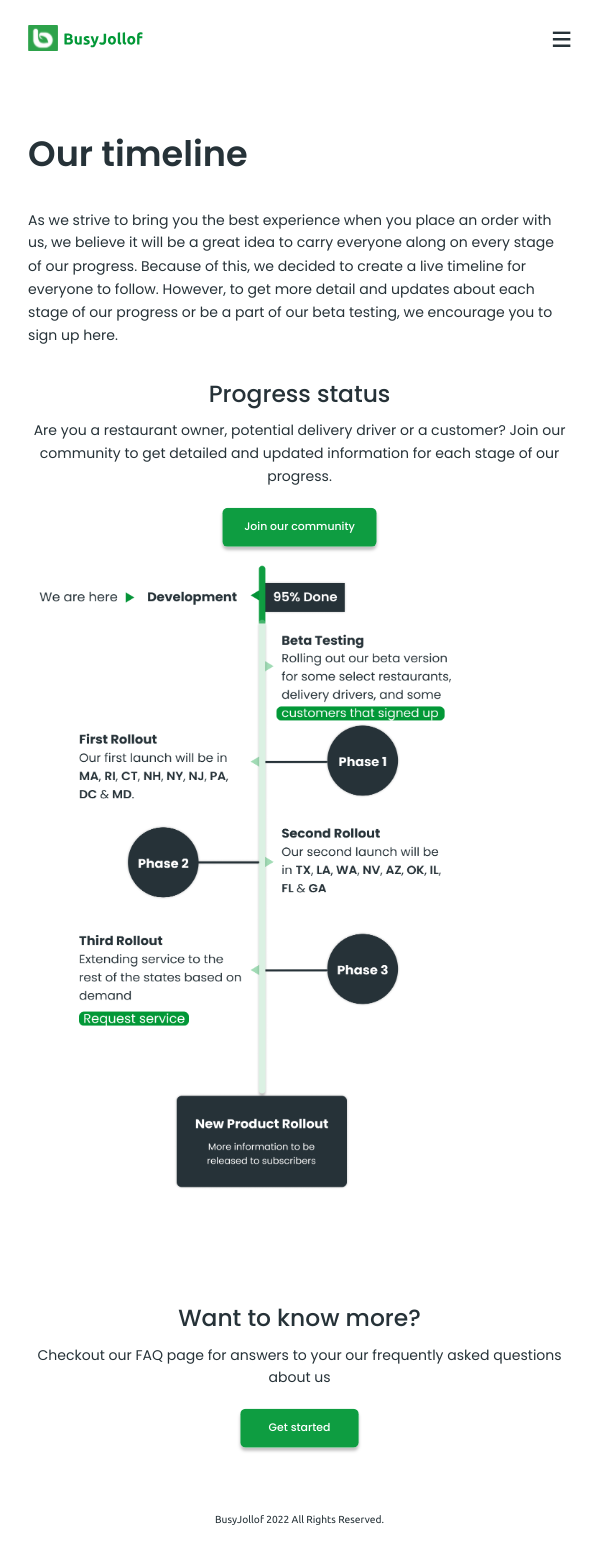
Repository: Busy-Jollof/bjuser-landing-page
Page: timeline.html
The author's editor kept a copy of each file at every save. The page is drawn from the files as they stood at one save, then again after the next save.
The browser window is 768 px wide. The pictures show the whole page, at 78% of full size.

Above is the page before, as saved 2023-02-05 18:18:43.

### timeline.html
<!DOCTYPE html>
<html lang="en">
  <head>
    <!-- Required meta tags -->
    <meta charset="utf-8" />
    <meta name="viewport" content="width=device-width, initial-scale=1" />

    <!-- Bootstrap CSS -->
    <link href="assets/css/bootstrap.min.css" rel="stylesheet" />
    <link href="assets/css/all.min.css" rel="stylesheet" />
    <link href="assets/css/fontawesome.css" rel="stylesheet" />
    <link href="assets/css/style.css" rel="stylesheet" />
    <link href="assets/css/responsive.css" rel="stylesheet" />

    <title>BusyJollof - Timeline</title>
  </head>

  <body>
    <!--------- Offcanvas area start --------->
    <div class="offcanvas-area">
      <div class="menu-close">
        <i class="far fa-times"></i>
      </div>
      <div class="offcanvas-menu">
        <div class="main-menu">
          <ul class="d-block">
            <li><a href="index.html">Home</a></li>
            <li><a href="about.html">About us</a></li>
            <li><a href="timeline.html" class="active">Our timeline</a></li>
            <li><a href="launch.html">Launch with us</a></li>
            <li><a href="contact.html">Contact us</a></li>
          </ul>
        </div>
      </div>
    </div>

    <div class="offcanvas-overlay"></div>
    <!--------- Offcanvas area end --------->

    <!--------- Header area start --------->
    <header class="header">
      <div class="container d-flex justify-content-between align-items-center">
        <div class="header__logo">
          <a href="index.html"><img src="assets/img/logo.svg" alt="" /></a>
        </div>
        <nav class="header__nav d-none d-lg-block">
          <ul class="m-0 p-0 d-flex align-items-center justify-content-end">
            <li><a href="index.html">Home</a></li>
            <li><a href="about.html">About us</a></li>
            <li><a href="timeline.html" class="active">Our timeline</a></li>
            <li><a href="launch.html">Launch with us</a></li>
            <li><a href="contact.html">Contact us</a></li>
          </ul>
        </nav>
        <!-- mobile-bar -->
        <div class="mobo-bar d-lg-none">
          <span class="bar">
            <img src="assets/img/bar.svg" alt="" />
          </span>
        </div>
        <!-- mobile-bar-end -->
      </div>
    </header>
    <!--------- Header area end --------->

    <!--------- Main area start --------->
    <main class="main">
      <!--------- Timeline area start --------->
      <section class="timeline--area content__area">
        <div class="container">
          <div class="content">
            <h3>Our timeline</h3>
            <p>
              As we strive to bring you the best experience when you place an
              order with us, we believe it will be a great idea to carry
              everyone along on every stage of our progress. Because of this, we
              decided to create a live timeline for everyone to follow. However,
              to get more detail and updates about each stage of our progress or
              be a part of our beta testing, we encourage you to sign up here.
            </p>
            <div class="content text-center pt-4">
              <h4>Progress status</h4>
              <div class="row justify-content-center">
                <div class="col-lg-9">
                  <p>
                    Are you a restaurant owner, potential delivery driver or a
                    customer? Join our community to get detailed and updated
                    information for each stage of our progress.
                  </p>
                </div>
              </div>
              <div class="content-btn">
                <a href="" class="common-btn">Join our community</a>
              </div>
            </div>

            <div class="timline-wrapper py-lg-5 py-4">
              <div
                class="
                  timeline-wrapp
                  d-flex
                  align-items-center
                  justify-content-center
                "
              >
                <img
                  src="assets/img/timeline-desktop2.png"
                  class="img-fluid d-none d-md-block"
                  alt=""
                />
                <img
                  src="assets/img/timeline-mobo.png"
                  class="img-fluid d-md-none"
                  alt=""
                />
              </div>
              <!-- timeline-item -->
              <!-- <div class="timeline-item">
                            <div class="timeline-content">
                                <p>First Rollout</p>
                                <p>Our first launch will be in <strong>MA, RI, CT, NH, NY, NJ, PA, DC & MD</strong>. <span class="mark">marktext</span> </p>
                            </div>
                            <div class="timeline-ind">
                                <span class="ind-line"></span>
                                <div class="ind-circle">
                                    Phase 1
                                </div>
                            </div>
                        </div> -->
              <!-- timeline-item-end -->
            </div>
          </div>
        </div>
      </section>
      <!--------- Timeline area end --------->

      <!--------- CTA area start --------->
      <section class="cta__area">
        <div class="container">
          <div class="content text-center">
            <h4>Want to know more?</h4>
            <p>
              Checkout our FAQ page for answers to your our frequently asked
              questions about us
            </p>
            <div class="content-btn">
              <a href="" class="common-btn"
                ><span class="px-2">Get started</span></a
              >
            </div>
          </div>
        </div>
      </section>
      <!--------- CTA area end --------->
    </main>
    <!--------- Main area end --------->

    <!--------- Footer area start --------->
    <footer class="footer">
      <div class="container">
        <div class="copyright">BusyJollof 2022 All Rights Reserved.</div>
      </div>
    </footer>
    <!--------- Footer area end --------->

    <script src="assets/js/jquery.min.js"></script>
    <script src="assets/js/bootstrap.min.js"></script>
    <script src="assets/js/popper.js"></script>
    <script src="assets/js/main.js"></script>
    <script></script>
  </body>
</html>

### assets/css/style.css
/* Base CSS */
@import url('https://fonts.googleapis.com/css2?family=Poppins:wght@300;400;500;600;700&family=Ubuntu:wght@300;400;500;700&display=swap');

.alignleft {
    float: left;
    margin-right: 15px;
}

.alignright {
    float: right;
    margin-left: 15px;
}

.aligncenter {
    display: block;
    margin: 0 auto 15px;
}

a:focus {
    outline: 0 solid
}

img {
    max-width: 100%;
    height: auto;
}

h1, h2, h3, h4, h5, h6 {
    margin: 0 0 15px;
    color: #263238;
    font-family: 'Ubuntu', sans-serif;
}

body {
    color: #263238;
    font-weight: 400;
    font-size: 18px;
    font-family: 'Poppins', sans-serif;
}

.selector-for-some-widget {
    box-sizing: content-box;
}

a:hover {
    text-decoration: none
}


/*---------------------- Header area start ----------------------*/

.menu-close {
    font-size: 22px;
    color: #3d424e;
    position: absolute;
    top: 18px;
    left: 19px;
    cursor: pointer;
    transition: .4s;
    display: none;
}

.menu-close:hover {
    color: #2AB66A;
}

.offcanvas-area {
    position: fixed;
    right: -100%;
    height: auto;
    width: 255px;
    background: #EBEBEB;
    z-index: 6;
    padding-top: 35px;
    -webkit-transition: .4s;
    transition: .4s;
    visibility: hidden;
    padding: 35px 35px 88px;
    border-radius: 4px;
}

.offcanvas-area.active {
    right: 0px;
    visibility: visible;
}

.offcanvas-area .main-menu ul li a {
    font-weight: 500;
    font-size: 15px;
    line-height: 22px;
    color: #263238;
    text-decoration: none;
    padding: 11px 0px;
    display: block;
}

.offcanvas-area .main-menu ul li a:hover, .offcanvas-area .main-menu ul li a[aria-expanded="true"] {
    color: #2AB66A;
}

.offcanvas-menu .main-menu ul {
    display: block;
    padding-left: 0;
    margin: 0;
    padding: 0;
    list-style: none;
}

.offcanvas-overlay {
    position: fixed;
    width: 100%;
    height: 100%;
    background-color: #000;
    opacity: 0;
    visibility: hidden;
    -webkit-transition: .4s;
    transition: .4s;
    z-index: 5;
}

.offcanvas-overlay.active {
    opacity: .9;
    visibility: visible;
}

.menu-open {
    font-size: 27px;
    color: #2AB66A;
    display: none;
    cursor: pointer;
    position: relative;
    top: 2px;
    margin-left: 20px;
    margin-right: 8px;
}

.offcanvas-menu .common-btn {
    font-size: 17px;
    padding: 9px 30px;
    border-radius: 12px;
}

.subb-menu {
    padding-left: 10px;
}

.offcanvas-area .main-menu .subb-menu a {
    font-size: 16px;
    margin: 0px;
    padding-left: 10px;
    margin-left: 26px;
    margin-bottom: 10px;
}

.offcanvas-area .main-menu .subb-menu a:last-child {
    margin-bottom: 20px;
}

.header {
    position: relative;
    padding: 32px 0;
    background: #fff;
    transition: .3s;
    z-index: 111;
}

.header__nav ul {
    list-style: none;
}

.header__nav ul li a {
    padding: 11px 20px;
    font-family: 'Poppins';
    font-style: normal;
    font-weight: 500;
    font-size: 14px;
    line-height: 1.13;
    text-align: center;
    transition: .3s;
    color: #000000;
    text-decoration: none;
    display: inline-block;
    margin-left: 12px;
    border-radius: 7px;
}

.header__nav ul li a.active {
    color: #fff !important;
    background: #029837f2;
}

.header__nav ul li a:hover {
    color: #029837f2;
}

/*---------------------- Header area end ----------------------*/


/*---------------------- Hero area start ----------------------*/
.hero__wrapper {
    background: #263238;
    box-shadow: 0px 4px 4px rgba(0, 0, 0, 0.25);
    border-radius: 7px;
    color: #fff;
    overflow: hidden;
}

.hero__thumb {
    height: 100%;
}

.hero__thumb img {
    width: 100%;
    height: 100%;
    object-fit: cover;
    border-radius: 0 7px 7px 0;
}

.hero__wrapper .col-lg-5 {
    max-width: 47%;
    width: 47%;
}

.hero__wrapper .col-lg-7 {
    max-width: 53%;
    width: 53%;
}

.hero__content {
    max-width: 504px;
    margin: 0 auto;
}

.hero__content__wrapper {
    height: 100%;
    display: flex;
    align-items: center;
    justify-content: center;
}

.hero__content h6 {
    font-family: 'Poppins';
    font-style: normal;
    font-weight: 500;
    font-size: 18px;
    line-height: 1.1;
    text-align: start;
    color: #FFFFFF;
    margin-bottom: 9px;
}

.hero__content h2 {
    font-style: normal;
    font-weight: 700;
    font-size: 65px;
    line-height: 1;
    color: #FFFFFF;
    text-shadow: 0px 4px 4px rgba(0, 0, 0, 0.25);
    margin-bottom: 12px;
}

.hero__content h3 {
    font-family: 'Poppins';
    font-style: normal;
    font-weight: 600;
    font-size: 32px;
    line-height: 1.1;
    color: #E6E6E6;
    margin-bottom: 10px;
}

.hero__content h6 span {
    margin-right: 5px;
    position: relative;
    top: -1px;
}

.text-green {
    color: #029837F2 !important;
}

.text-yellow {
    color: #FE8200 !important;
}

.hero__content h5 {
    font-family: 'Poppins';
    font-style: normal;
    font-weight: 500;
    font-size: 20px;
    line-height: 1.2;
    color: #FFFFFF;
    margin-bottom: 32px;
}

.hero__content p {
    font-family: 'Poppins';
    font-style: normal;
    font-weight: 500;
    font-size: 14px;
    line-height: 21px;
    color: #FFFFFF;
    margin-bottom: 26px;
}

.common-btn {
    font-family: 'Poppins';
    font-style: normal;
    font-weight: 500;
    font-size: 14px;
    line-height: 1.13;
    text-align: center;
    color: #FFFFFF;
    transition: .3s;
    text-decoration: none;
    background: rgba(2, 152, 55, 0.95);
    box-shadow: 0px 4px 4px rgba(0, 0, 0, 0.25);
    border-radius: 7px;
    display: inline-block;
    padding: 15px 26px;
    border: 2px solid transparent;
}
.common-btn.common-btn-lg{
    font-size: 18px;
    font-weight: 600;
    padding: 14px 50px;
}

.common-btn.btn-bordered {
    background: #FFFFFF;
    border: 2px solid #029837f2;
    box-shadow: 0px 4px 4px rgba(0, 0, 0, 0.25);
    border-radius: 7px;
    color: #029837f2;
}

.common-btn:hover {
    background: #263238;
    color: #fff;
}

.common-btn.btn-bordered:hover {
    background-color: #029837f2;
    color: #fff;
}

.hero__btns a {
    margin-right: 19px;
}

.common-btn.hover-white:hover {
    background-color: #fff;
    color: #263238;
}

/*---------------------- Hero area end ----------------------*/


/*---------------------- Working area start ----------------------*/
.working__area {
    padding: 110px 0;
}

.working__wrapper {
    background: radial-gradient(12.31% 45.25% at 53.44% 54.75%, rgba(2, 53, 20, 0.2) 7.81%, rgba(2, 152, 55, 0.138) 100%);
    box-shadow: 0px 0px 4px rgba(0, 0, 0, 0.25);
    border-radius: 7px;
    margin-left: 15px;
}

.working__content {
    max-width: 430px;
}

.common-content h4 {
    font-family: 'Poppins';
    font-style: normal;
    font-weight: 600;
    font-size: 23px;
    line-height: 1.1;
    color: #263238;
    margin-bottom: 10px;
}

.common-content p {
    font-weight: 500;
    font-size: 13px;
    line-height: 20px;
    color: #263238;
}

.common-content-btn {
    padding-top: 11px;
}

.common-btn.btn-dark {
    background: #263238;
}

.common-btn.btn-dark:hover {
    background: #039337;
    color: #fff;
    border-color: #039337;
}

.working__thumb {
    position: relative;
    z-index: 1;
    margin-top: -30px;
    margin-bottom: -30px;
    margin-left: -14px;
}

/*---------------------- Working area end ----------------------*/


/*---------------------- Launch area start ----------------------*/
.launch__wrapper {
    background: radial-gradient(53.47% 53.47% at 50.04% 46.53%, #263238 18.75%, rgba(38, 47, 56, 0.921026) 77.06%, rgba(38, 45, 56, 0.86) 100%);
    box-shadow: 0px 0px 4px rgba(0, 0, 0, 0.25);
    border-radius: 7px;
    padding: 72px 19px;
}

.launch__content {
    max-width: 520px;
    margin-left: auto;
    margin-right: 30px;
}

label.form-label{
    font-weight: 600;
    font-size: 18px;
    line-height: 27px;
    color: #263238;
}
label.form-label sup{
    color: #029837F2;
    top: 0px;
}

.fw-medium{
    font-weight: 500 !important;
}
input.form-control{
    border: 2px solid #029837F2;
    border-radius: 3px;
    box-shadow: none !important;
}
textarea.form-control{
    border: 2px solid #029837F2;
    border-radius: 3px;
    box-shadow: none !important;
    resize: none;
}
textarea.form-control:focus{
    border-color: #029837F2;
}
input.form-control:focus{
    border-color: #029837F2;
}
.check-item input{
    display: none;
}
.check-item input:checked ~ label span.check-ind{
    background: #029837;
}
.check-item label{
    display: flex;
    align-items: center;
    cursor: pointer;
}
.check-item label span.check-ind{
    flex: 0 0 auto;
    width: 15px;
    height: 15px;
    background: #FFFFFF;
    border: 2px solid rgba(2, 152, 55, 0.95);
    border-radius: 4px;
    margin-right: 10px;
    position: relative;
}
.check-item label span.check-ind::after
.check-item label span.check-text{
    font-weight: 500;
    font-size: 15px;
    line-height: 22px;
}
.check-item label span.check-text sup img{
    max-width: 100%;
}




.launch__form p{
    font-size: 15px !important;
}
.launch__form p.small {
    font-size: 12px !important;
    line-height: 18px;
}
.launch__form h5{
    font-weight: 600;
    font-size: 20px;
    line-height: 30px;
}
.launch__form h5 sup{
    color: #029837F2;
}
.launch__form{
    margin-bottom: 60px;
}





/*---------------------- Launch area end ----------------------*/


/*---------------------- Newsletter area start ----------------------*/
.newsletter__wrapper {
    background: #029837;
    box-shadow: 0px 4px 4px rgba(0, 0, 0, 0.25);
    border-radius: 7px;
    padding: 60px 20px;
    text-align: center;
    max-width: 690px;
    margin: 0 auto;
}

.newsletter__area {
    padding-top: 80px;
    padding-bottom: 60px;
}

.newsletter__box {
    max-width: 405px;
    margin: 0 auto;
}

.newsletter__box h5 {
    font-weight: 500;
    font-size: 18px;
    line-height: 1.1;
    text-align: center;
    color: #FFFFFF;
    margin-bottom: 10px;
}

.newsletter__box p {
    font-weight: 400;
    font-size: 13px;
    line-height: 1.6;
    text-align: center;
    color: #FFFFFF;
    margin-bottom: 22px;
}

.newsletter__form {
    max-width: 332px;
    margin: 0 auto;
    display: flex;
    align-items: center;
    justify-content: center;
}

.newsletter__form input {
    background: #DADADA;
    border-radius: 7px 0px 0px 7px;
    padding: 5px 15px;
    border: 0;
    outline: none;
    height: 42px;
    width: 100%;
    font-style: normal;
    font-weight: 400;
    font-size: 12px;
    line-height: 15px;
}

.newsletter__form .common-btn {
    font-weight: 500;
    font-size: 11px;
    line-height: 15px;
    height: 42px;
    border-radius: 0 5px 5px 0;
    padding: 0;
    width: 100px;
    border: 1px solid #263238 !important;
}

.newsletter__form .common-btn:hover {
    background: #dadada;
    color: #000;
}

/*---------------------- Newsletter area end ----------------------*/


/*---------------------- Content area start ----------------------*/
.content__area {
    padding: 75px 0;
}

.content h3 {
    font-family: 'Poppins';
    font-style: normal;
    font-weight: 600;
    font-size: 45px;
    line-height: 1.1;
    color: #263238;
    margin-bottom: 44px;
}

.content p {
    font-family: 'Poppins';
    font-style: normal;
    font-weight: 400;
    font-size: 18px;
    line-height: 1.65;
    color: #263238;
    margin-bottom: 20px;


}

.about--area::after {
    clip-path: polygon(76% 0, 100% 66%, 68% 100%, 0 100%, 0 41%);
    position: absolute;
    bottom: 50px;
    left: 0;
    width: 100%;
    height: calc(100% - 120px);
    content: '';
    z-index: -1;
    background: rgba(2, 152, 55, 0.07);
    border-radius: 20px;
}

.about--area {
    position: relative;
    z-index: 1;
}

.content h4 {
    font-family: 'Poppins';
    font-style: normal;
    font-weight: 500;
    font-size: 30px;
    line-height: 1.1;
}

.content-btn {
    padding-top: 5px;
}

.cta__area {
    padding-top: 50px;
    padding-bottom: 140px;
}

.launch-icon {
    position: relative;
    max-width: 149px;
    margin-left: -75px;
    display: inline-block;
    top: -35px;
    height: 0;
    z-index: -1;
}

.faq__item h5 {
    font-family: 'Poppins';
    font-style: normal;
    font-weight: 700;
    font-size: 18px;
    line-height: 1.2;
    color: rgba(2, 152, 55, 0.95);
    margin-bottom: 10px;
}

.faq__item {
    padding-bottom: 15px;
}

.faq__item h5 span {
    color: #263238;
}

/*---------------------- Content area end ----------------------*/


/*---------------------- constat area start ----------------------*/
.contact-padding{
    padding: 40px 0px 150px;
}
.contact__wrapper h2{
    font-size: 45px;
    margin-bottom: 20px;
    font-family: 'Poppins';
    font-weight: 600;
}
.contact__wrapper p{
    font-size: 16px;
    font-weight: 500;
    margin-bottom: 20px;
}
.contact__form label.form-label{
    margin-bottom: 3px;
    font-size: 16px;

}
.contact__form .check-item label span.check-text{
    font-size: 15px;
    font-weight: 500;
}
.contact-inner {
    background-size: 64%;
    background-repeat: no-repeat;
    background-position: 113% 90px;
}
.contact-inner p.small{
    font-size: 12px;
    font-weight: 500;
}


/*---------------------- constat area end ----------------------*/





/*---------------------- Footer area start ----------------------*/
.footer {
    padding-bottom: 45px;
}

.copyright {

    font-family: 'Ubuntu';
    font-style: normal;
    font-weight: 400;
    font-size: 13.1125px;
    line-height: 14px;
    text-align: center;

    color: #263238;
}

/*---------------------- Footer area end ----------------------*/





/* -------------------------- timeline-start ------------------------------ */

.timline-wrapper{

}

.timeline-item{
    max-width: 500px;
    margin: 0 auto;
    display: flex;
    align-items: center;
}

.timeline-content{
    flex: 0 0 auto;
    width: 50%;
}
.timeline-ind{
    flex: 0 0 auto;
    width: 50%;
}


/* -------------------------- timeline-end ------------------------------ */

Loaded but not shown: assets/css/bootstrap.min.css (library); assets/css/all.min.css (library); assets/css/fontawesome.css (library); assets/js/jquery.min.js (library); assets/js/bootstrap.min.js (library); assets/js/popper.js (library); assets/js/main.js (77 lines, source omitted); assets/css/responsive.css (237 lines, source omitted)

After the next save:
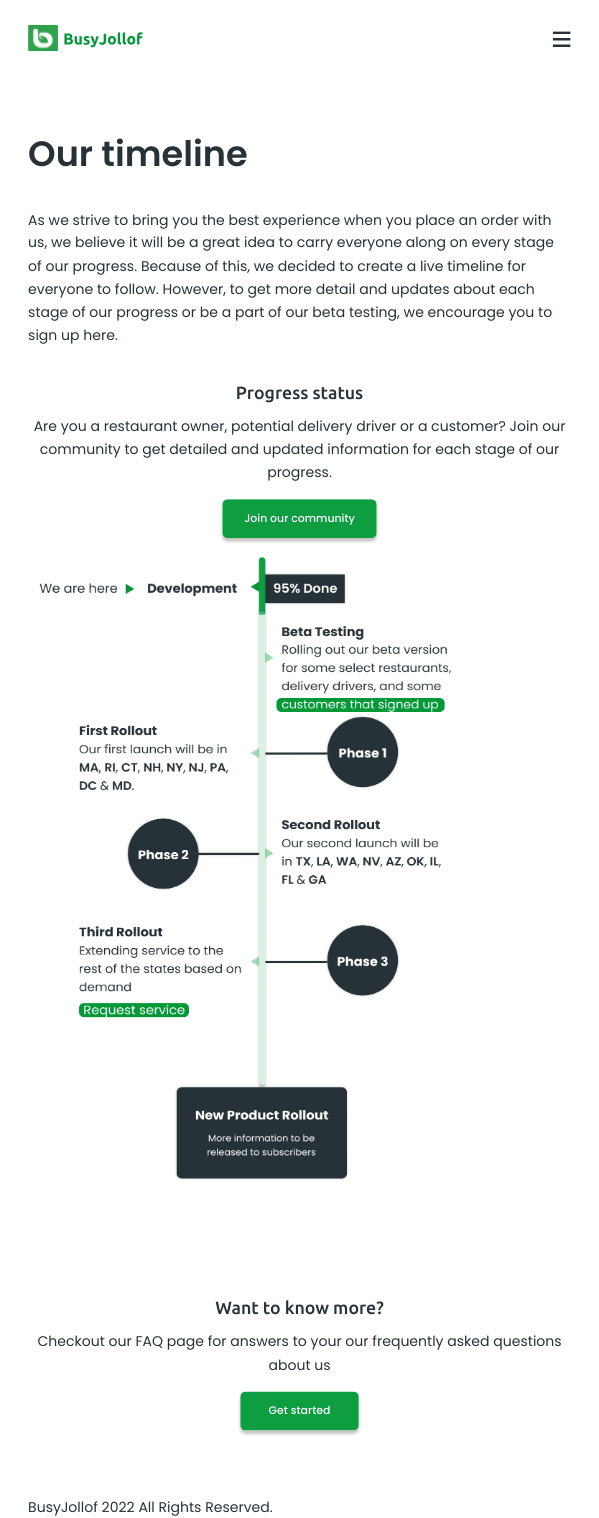
Saved 4 s later.
--- a/assets/css/style.css
+++ b/assets/css/style.css
@@ -623,7 +623,7 @@
     color: #263238;
     margin-bottom: 20px;
 
-
+    @media (max-width: 991px) {
 }
 
 .about--area::after {

After the save that followed:
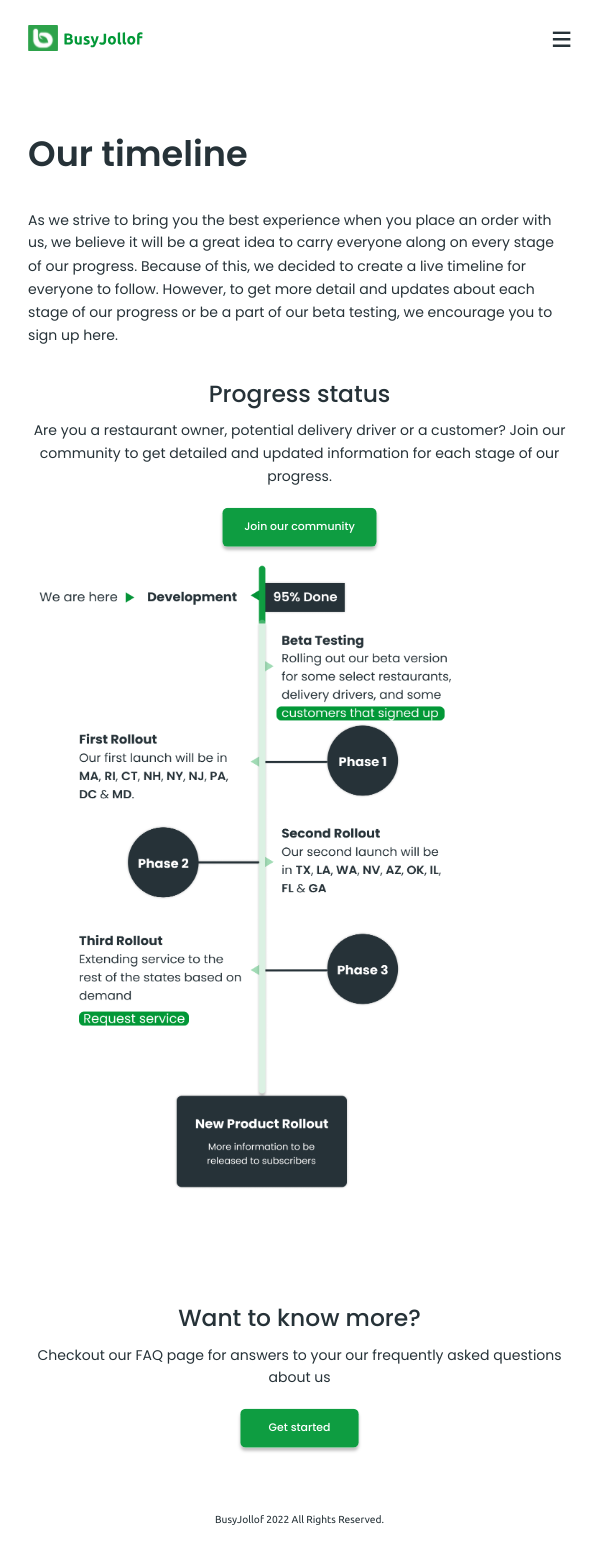
Saved 7 s later.
--- a/assets/css/style.css
+++ b/assets/css/style.css
@@ -623,7 +623,7 @@
     color: #263238;
     margin-bottom: 20px;
 
-    @media (max-width: 991px) {
+    @media (max-width: 991px) {}
 }
 
 .about--area::after {
